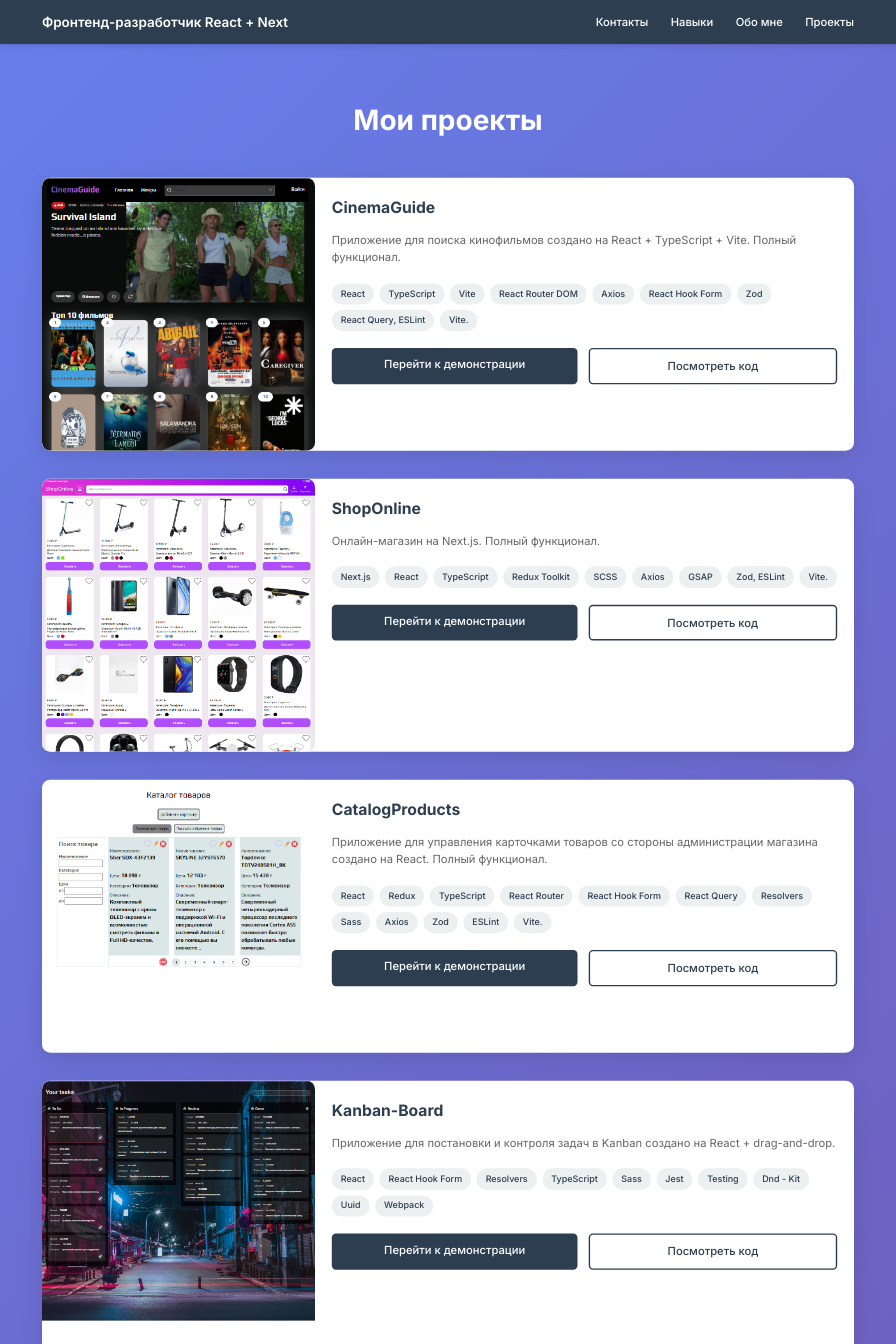
Repository: RostislavZeberg/resume-app
Page: /
These files come from the project's save history. The page is drawn as it stood at one moment and after the next save; the edit follows.
The browser window is 1280 px wide. The pictures show the part of the page from y = 0 to 1920 px (the page is 6826 px tall), at 70% of full size.
The project was rebuilt for these pictures with package versions that can differ from the ones it lists, and the page was loaded fresh each time. The framework's server and built-in components were replaced by stand-ins that run in the browser. Also part of the build but not shown: next.config.ts.

Above is the page before, as saved 2025-09-21 15:36:51.

### pages/_app.tsx
import type { AppProps } from 'next/app';
import '../styles/globals.scss';
import Head from 'next/head';

function MyApp({ Component, pageProps }: AppProps) {
  return (
    <>
      <Head>
        <meta name="viewport" content="width=device-width, initial-scale=1" />
        <meta name="theme-color" content="#2c3e50" />
        <meta name="description" content="Резюме фронтенд-разработчика React с 5+ годами опыта. Специализация: React, TypeScript, Next.js, Redux Toolkit." />
        <meta name="keywords" content="React, TypeScript, Next.js, фронтенд-разработчик, резюме" />
        <meta property="og:title" content="Фронтенд-разработчик React" />
        <meta property="og:description" content="Резюме фронтенд-разработчика React с 5+ годами опыта" />
        <meta property="og:type" content="website" />
        <link rel="icon" href="/favicon.ico" />
      </Head>
      <Component {...pageProps} />
    </>
  );
}

export default MyApp;

### pages/_document.tsx
import { Html, Head, Main, NextScript } from 'next/document';

export default function Document() {
  return (
    <Html lang="ru">
      <Head>
        <link rel="preconnect" href="https://fonts.googleapis.com" />
        <link rel="preconnect" href="https://fonts.gstatic.com" crossOrigin="anonymous" />
        <link href="https://fonts.googleapis.com/css2?family=Inter:wght@300;400;500;600;700&display=swap" rel="stylesheet" />

        {/* Фавикон */}
        <link rel="icon" href="/favicon.ico" sizes="any" />
        <link rel="icon" href="/favicon.svg" type="image/svg+xml" />
        <link rel="apple-touch-icon" href="/apple-touch-icon.png" />
        <link rel="manifest" href="/manifest.webmanifest" />

        {/* Мета-теги */}
        <meta name="theme-color" content="#2c3e50" />
        <meta name="description" content="Резюме фронтенд-разработчика React с 5+ годами опыта. Специализация: React, TypeScript, Next.js, Redux Toolkit." />
        <meta name="keywords" content="React, TypeScript, Next.js, фронтенд-разработчик, резюме" />
      </Head>
      <body>
        <Main />
        <NextScript />
      </body>
    </Html>
  );
}

### pages/index.tsx
import Head from 'next/head';
import { NextPage } from 'next';
import Contacts from '../components/Sections/Contacts';
import Skills from '../components/Sections/Skills';
import About from '../components/Sections/About';
import Projects from '../components/Sections/Projects';
import Header from '../components/Layout/Header';

const Home: NextPage = () => {
  return (
    <>
      <Head>
        <title>Фронтенд-разработчик React | Резюме</title>
        <meta name="description" content="Резюме фронтенд-разработчика React с 5+ годами опыта. Специализация: React, TypeScript, Next.js, Redux Toolkit." />
        <meta name="keywords" content="React, TypeScript, Next.js, фронтенд-разработчик, резюме" />
        <meta property="og:title" content="Фронтенд-разработчик React" />
        <meta property="og:description" content="Резюме фронтенд-разработчика React с 5+ годами опыта" />
        <meta property="og:type" content="website" />
        <link rel="icon" href="/favicon.ico" />
      </Head>

      <Header />
      <main>
        <Projects />
        <Skills />
        <About />
        <Contacts />
      </main>
    </>
  );
};

export default Home;

### styles/globals.scss
// Переменные и миксины
@import './variables.scss';
@import './mixins';

// Глобальные стили
* {
  box-sizing: border-box;
  margin: 0;
  padding: 0;
}

html {
  scroll-behavior: smooth;
  scroll-padding-top: 60px;
}

body {
  font-family: 'Inter', 'Arial', sans-serif;
  line-height: 1.6;
  color: $text-color;
  background-color: $background-color;
  padding-top: 60px;
}

.container {
  max-width: 1200px;
  margin: 0 auto;
  padding: 0 20px;
}

section {
  padding: 80px 0;

  h2 {
    text-align: center;
    margin-bottom: 50px;
    font-size: 2.5rem;
    color: $primary-color;
  }
}

// Анимации
@keyframes fadeIn {
  from {
    opacity: 0;
    transform: translateY(20px);
  }
  to {
    opacity: 1;
    transform: translateY(0);
  }
}

.fade-in {
  animation: fadeIn 0.6s ease forwards;
}

// Адаптивность
@include desktop {
  .container {
    max-width: 1200px;
  }
}

@include tablet {
  .container {
    max-width: 100%;
    padding: 0 15px;
  }

  section {
    padding: 60px 0;

    h2 {
      font-size: 2rem;
      margin-bottom: 40px;
    }
  }
}

@include mobile {
  .container {
    padding: 0 10px;
  }

  section {
    padding: 40px 0;

    h2 {
      font-size: 1.8rem;
      margin-bottom: 30px;
    }
  }
}

### components/Sections/Contacts.tsx
import React from 'react';
import Icon from '../UI/Icon';
import styles from '../../styles/sections/contacts.module.scss';
import { contacts } from '@/info/contacts';

const Contacts: React.FC = () => {

  return (
    <section id="contacts" className={styles.contacts}>
      <div className="container">
        <h2>Контакты</h2>
        <div className={styles.contactsGrid}>
          {contacts.map((contact, index) => (
            <a
              key={index}
              href={contact.href}
              className={styles.contactItem}
              target="_blank"
              rel="noopener noreferrer"
            >
              <Icon name={contact.icon} className={styles.contactIcon} />
              <span>{contact.text}</span>
            </a>
          ))}
        </div>
      </div>
    </section>
  );
};

export default Contacts;

### components/Sections/Skills.tsx
import React from 'react';
import styles from '../../styles/sections/skills.module.scss';

const Skills: React.FC = () => {
  const skillCategories = [
    {
      title: 'Основные технологии',
      skills: ['React', 'Redux', 'Redux Toolkit', 'TypeScript', 'Next.js', 'Sass/SCSS']
    },
    {
      title: 'Сборка и инструменты',
      skills: ['Vite', 'Webpack', 'Parcel', 'Gulp', 'Git', 'GitHub']
    },
    {
      title: 'Тестирование',
      skills: ['Unit-тестирование', 'Jest', 'React Testing Library']
    },
    {
      title: 'Дополнительные навыки',
      skills: ['HTTP/REST', 'ООП', 'DRY/KISS', 'WordPress', 'Vue.js', 'SQL', 'Python', 'Docker', 'Linux']
    },
    {
      title: 'Языки',
      skills: ['Английский (B1)']
    }
  ];

  return (
    <section id="skills" className={styles.skills}>
      <div className="container">
        <h2>Мои навыки</h2>
        <div className={styles.skillsGrid}>
          {skillCategories.map((category, index) => (
            <div key={index} className={styles.skillCategory}>
              <h3>{category.title}</h3>
              <ul>
                {category.skills.map((skill, i) => (
                  <li key={i}>{skill}</li>
                ))}
              </ul>
            </div>
          ))}
        </div>
      </div>
    </section>
  );
};

export default Skills;

### components/Sections/Projects.tsx
import React from 'react';
import ProjectCard from '../UI/ProjectCard';
import styles from '../../styles/sections/projects.module.scss';
import { projects } from '@/info/projects';

const Projects: React.FC = () => {
  return (
    <section id="projects" className={styles.projects}>
      <div className="container">
        <h2>Мои проекты</h2>
        <div className={styles.projectsGrid}>
          {projects.map((project, index) => (
            <ProjectCard key={index} project={project} />
          ))}
        </div>
        <div className={styles.viewAll}>
          <a
            href="https://github.com/RostislavZeberg?tab=repositories"
            className={styles.viewAllButton}
            target="_blank"
            rel="noopener noreferrer"
          >
            Посмотреть все проекты
          </a>
        </div>
      </div>
    </section>
  );
};

export default Projects;

### components/Layout/Header.tsx
import React, { useState } from 'react';
import Link from 'next/link';
import styles from '../../styles/layout/header.module.scss';

const Header: React.FC = () => {
  const [isMenuOpen, setIsMenuOpen] = useState(false);

  const toggleMenu = () => {
    setIsMenuOpen(!isMenuOpen);
  };

  return (
    <header className={styles.header}>
      <div className="container">
        <nav className={styles.nav}>
          <div className={styles.logo}>
            <Link href="/">Фронтенд-разработчик React + Next</Link>
          </div>

          <button
            className={`${styles.menuToggle} ${isMenuOpen ? styles.active : ''}`}
            onClick={toggleMenu}
            aria-label="Меню"
          >
            <span></span>
            <span></span>
            <span></span>
          </button>

          <ul className={`${styles.navList} ${isMenuOpen ? styles.active : ''}`}>
            <li><a href="#contacts" onClick={() => setIsMenuOpen(false)}>Контакты</a></li>
            <li><a href="#skills" onClick={() => setIsMenuOpen(false)}>Навыки</a></li>
            <li><a href="#about" onClick={() => setIsMenuOpen(false)}>Обо мне</a></li>
            <li><a href="#projects" onClick={() => setIsMenuOpen(false)}>Проекты</a></li>
          </ul>
        </nav>
      </div>
    </header>
  );
};

export default Header;

### styles/variables.scss
// Цвета
$primary-color: #2c3e50;
$secondary-color: #3498db;
$accent-color: #e74c3c;
$background-color: #f9f9f9;
$text-color: #333;
$light-gray: #ecf0f1;

// Breakpoints
$desktop: 1280px;
$tablet: 1024px;
$small-tablet: 768px;
$mobile: 320px;

### styles/mixins.scss
@mixin desktop {
  @media (min-width: #{$desktop}) {
    @content;
  }
}

@mixin tablet {
  @media (min-width: #{$small-tablet}) and (max-width: #{$tablet}) {
    @content;
  }
}

@mixin small-tablet {
  @media (min-width: #{$mobile}) and (max-width: #{$small-tablet - 1px}) {
    @content;
  }
}

@mixin mobile {
  @media (max-width: #{$mobile}) {
    @content;
  }
}

@mixin flex-center {
  display: flex;
  justify-content: center;
  align-items: center;
}

@mixin card-shadow {
  box-shadow: 0 4px 6px rgba(0, 0, 0, 0.1);
  transition: box-shadow 0.3s ease;

  &:hover {
    box-shadow: 0 10px 20px rgba(0, 0, 0, 0.15);
  }
}

### components/UI/Icon.tsx
import React from 'react';
import Image from 'next/image';

interface IconProps {
  name: string;
  className?: string;
  width?: number;
  height?: number;
}

const Icon: React.FC<IconProps> = ({ name, className = '', width = 24, height = 24 }) => {
  return (
    <Image
      src={`/icons/${name}.svg`}
      alt={`${name} icon`}
      width={width}
      height={height}
      className={className}
    />
  );
};

export default Icon;

### styles/sections/contacts.module.scss
@import '../variables';
@import '../mixins';

.contacts {
  background: linear-gradient(135deg, #f5f7fa 0%, #c3cfe2 100%);
  padding: 100px 0;
}

.contactsGrid {
  display: grid;
  grid-template-columns: repeat(auto-fit, minmax(250px, 1fr));
  gap: 2rem;
  margin-top: 3rem;
}

.contactItem {
  display: flex;
  flex-direction: column;
  align-items: center;
  justify-content: center;
  background: white;
  padding: 2rem;
  border-radius: 12px;
  box-shadow: 0 10px 30px rgba(0, 0, 0, 0.1);
  transition: all 0.3s ease;
  text-decoration: none;
  color: $text-color;

  &:hover {
    transform: translateY(-5px);
    box-shadow: 0 15px 40px rgba(0, 0, 0, 0.15);

    .contactIcon {
      transform: scale(1.1);
    }
  }
}

.contactIcon {
  width: 60px;
  height: 60px;
  margin-bottom: 1rem;
  transition: transform 0.3s ease;
}

// Адаптивность
@include tablet {
  .contactsGrid {
    grid-template-columns: repeat(2, 1fr);
    gap: 1.5rem;
  }
}

@include small-tablet {
  .contactsGrid {
    grid-template-columns: 1fr;
    gap: 1rem;
  }

  .contactItem {
    padding: 1.5rem;
  }
}

@include mobile {
  .contacts {
    padding: 80px 0;
  }

  .contactIcon {
    width: 50px;
    height: 50px;
  }
}

### info/contacts.ts
export const contacts = [
  { icon: 'email', text: 'zeberg@bk.ru', href: 'mailto:zeberg@bk.ru' },
  { icon: 'phone', text: '+7(960)-552-4171', href: 'tel:+79605524171' },
  { icon: 'telegram', text: '@zeberg_jaguar', href: 'https://t.me/zeberg_jaguar' },
  { icon: 'github', text: 'GitHub', href: 'https://github.com/RostislavZeberg?tab=repositories' }
];

### styles/sections/skills.module.scss
@import '../variables';
@import '../mixins';

.skills {
  background-color: white;
}

.skillsGrid {
  display: grid;
  grid-template-columns: repeat(auto-fit, minmax(300px, 1fr));
  gap: 2rem;
}

.skillCategory {
  background: $light-gray;
  padding: 2rem;
  border-radius: 12px;
  box-shadow: 0 5px 15px rgba(0, 0, 0, 0.05);

  h3 {
    color: $primary-color;
    margin-bottom: 1.5rem;
    font-size: 1.3rem;
    position: relative;
    padding-bottom: 0.5rem;

    &::after {
      content: '';
      position: absolute;
      bottom: 0;
      left: 0;
      width: 40px;
      height: 3px;
      background: $secondary-color;
    }
  }

  ul {
    list-style: none;
  }

  li {
    margin-bottom: 0.8rem;
    padding-left: 1.5rem;
    position: relative;

    &::before {
      content: '▹';
      position: absolute;
      left: 0;
      color: $secondary-color;
    }
  }
}

// Адаптивность
@include tablet {
  .skillsGrid {
    grid-template-columns: repeat(2, 1fr);
    gap: 1.5rem;
  }
}

@include small-tablet {
  .skillsGrid {
    grid-template-columns: 1fr;
    gap: 1rem;
  }

  .skillCategory {
    padding: 1.5rem;
  }
}

@include mobile {
  .skillCategory {
    padding: 1.2rem;

    h3 {
      font-size: 1.2rem;
    }
  }
}

### styles/sections/about.module.scss
@import '../variables';
@import '../mixins';

.about {
  background-color: $light-gray;
}

.aboutContent {
  max-width: 800px;
  margin: 0 auto;

  p {
    margin-bottom: 1.5rem;
    line-height: 1.8;
    text-align: justify;
  }
}

// Адаптивность
@include tablet {
  .aboutContent {
    padding: 0 1rem;
  }
}

@include mobile {
  .aboutContent p {
    text-align: left;
  }
}

### components/UI/ProjectCard.tsx
import React from 'react';
import Image from 'next/image';
import styles from '../../styles/ui/project-card.module.scss';

interface Project {
  name: string;
  description: string;
  demoLink: string;
  codeLink: string;
  technologies: string[];
}

interface ProjectCardProps {
  project: Project;
}

const ProjectCard: React.FC<ProjectCardProps> = ({ project }) => {
  return (
    <div className={styles.projectCard}>
      <div className={styles.projectImage}>
        {/* <a href={project.demoLink} target="_blank" rel="noopener noreferrer">
        </a> */}
        <Image
          src={`/${project.name.toLowerCase()}.jpg`}
          alt={project.name}
          // className={styles.projectImage}
          width={400}
          height={250}
          style={{
            width: '100%',
            height: 'auto',
          }}
          placeholder="blur"
          blurDataURL="data:[embedded picture, 471 characters]"
        />
      </div>
      <div className={styles.projectContent}>
        <h3>{project.name}</h3>
        <p>{project.description}</p>
        <div className={styles.technologies}>
          {project.technologies.map((tech, index) => (
            <span key={index} className={styles.techTag}>{tech}</span>
          ))}
        </div>
        <div className={styles.projectActions}>
          <a
            href={project.demoLink}
            className={styles.demoButton}
            target="_blank"
            rel="noopener noreferrer"
          >
            Перейти к демонстрации
          </a>
          <a
            href={project.codeLink}
            className={styles.codeButton}
            target="_blank"
            rel="noopener noreferrer"
          >
            Посмотреть код
          </a>
        </div>
      </div>
    </div>
  );
};

export default ProjectCard;

### styles/sections/projects.module.scss
@import '../variables';
@import '../mixins';

.projects {
  background: linear-gradient(135deg, #667eea 0%, #764ba2 100%);
  color: white;

  h2 {
    color: white;
  }
}

.projectsGrid {
  display: flex;
  flex-direction: column;
  // display: grid;
  // grid-template-columns: repeat(auto-fit, minmax(350px, 1fr));
  gap: 2.5rem;
  // margin-bottom: 3rem;
}

.viewAll {
  text-align: center;
  margin-top: 3rem;
}

.viewAllButton {
  display: inline-block;
  padding: 1rem 2rem;
  background: white;
  color: $primary-color;
  text-decoration: none;
  border-radius: 30px;
  font-weight: 600;
  transition: all 0.3s ease;
  box-shadow: 0 5px 15px rgba(0, 0, 0, 0.1);

  &:hover {
    transform: translateY(-3px);
    box-shadow: 0 10px 25px rgba(0, 0, 0, 0.2);
    background: $accent-color;
    color: white;
  }
}

// Адаптивность
@include tablet {
  .projectsGrid {
    grid-template-columns: repeat(2, 1fr);
    gap: 2rem;
  }
}

@include small-tablet {
  .projectsGrid {
    grid-template-columns: 1fr;
    gap: 1.5rem;
  }
}

@include mobile {
  .projectsGrid {
    grid-template-columns: 1fr;
    gap: 1.5rem;
  }

  .viewAllButton {
    padding: 0.8rem 1.5rem;
    font-size: 0.9rem;
  }
}

### info/projects.ts
export const projects = [
  {
    name: 'CinemaGuide',
    description: 'Приложение для поиска кинофильмов создано на React + TypeScript + Vite. Полный функционал.',
    demoLink: 'https://rostislavzeberg.github.io/CinemaGuide',
    codeLink: 'https://github.com/RostislavZeberg/CinemaGuide/tree/dev',
    technologies: ['React', 'TypeScript', 'Vite', 'React Router DOM', 'Axios', 'React Hook Form', 'Zod', 'React Query, ESLint', 'Vite.']
  },
  {
    name: 'ShopOnline',
    description: 'Онлайн-магазин на Next.js. Полный функционал.',
    demoLink: 'https://shop-online-omega.vercel.app/',
    codeLink: 'https://github.com/RostislavZeberg/ShopOnline',
    technologies: ['Next.js', 'React', 'TypeScript', 'Redux Toolkit', 'SCSS', 'Axios', 'GSAP', 'Zod, ESLint', 'Vite.']
  },
  {
    name: 'CatalogProducts',
    description: 'Приложение для управления карточками товаров со стороны администрации магазина создано на React. Полный функционал.',
    demoLink: 'https://rostislavzeberg.github.io/CatalogProducts',
    codeLink: 'https://github.com/RostislavZeberg/CatalogProducts',
    technologies: ['React', 'Redux', 'TypeScript', 'React Router', 'React Hook Form', 'React Query', 'Resolvers', 'Sass', 'Axios', 'Zod',
      'ESLint', 'Vite.']
  },
  {
    name: 'Kanban-Board',
    description: 'Приложение для постановки и контроля задач в Kanban создано на React + drag-and-drop.',
    demoLink: 'https://shop-online-omega.vercel.app/',
    codeLink: 'https://github.com/RostislavZeberg/ShopOnline',
    technologies: ['React', 'React Hook Form', 'Resolvers', 'TypeScript', 'Sass', 'Jest', 'Testing', 'Dnd - Kit', 'Uuid', 'Webpack']
  },
  {
    name: 'Technosaurus',
    description: 'Приложение интернет магазин создано на Vue.',
    demoLink: 'https://rostislavzeberg.github.io/Technosaurus/#/',
    codeLink: 'https://github.com/RostislavZeberg/Technosaurus',
    technologies: ['Vue', 'Vuex', 'Router', 'Core-js', 'JavaScript', 'REST API', 'Webpack (через Vue CLI)', 'Babel', 'ESLint']
  },
  {
    name: 'ShopMoire',
    description: 'Приложение интернет магазин создано на Vue.',
    demoLink: 'https://rostislavzeberg.github.io/ShopMoire/#/',
    codeLink: 'https://github.com/RostislavZeberg/ShopMoire',
    technologies: ['Vue', 'Vuex', 'Router', 'Core-js', 'JavaScript', 'REST API', 'Webpack (через Vue CLI)', 'Babel', 'ESLint']
  },
  {
    name: 'SitDownPls',
    description: 'Интернет магазин мебели. Сайт реализован, как отзывчивый, кроссбраузерный, адаптивный.',
    demoLink: 'https://rostislavzeberg.github.io/store-SitDownPls/',
    codeLink: 'https://github.com/RostislavZeberg/store-SitDownPls',
    technologies: ['HTML', 'SCSS', 'JavaScript', 'inputmask', 'just-validate', 'Swiper', 'Gulp']
  },
  {
    name: 'RecreationCenter',
    description: 'Сайт загородной базы отдыха. Сайт реализован, как отзывчивый, кроссбраузерный, адаптивный.',
    demoLink: 'https://rostislavzeberg.github.io/RecreationCenter/',
    codeLink: 'https://github.com/RostislavZeberg/RecreationCenter',
    technologies: ['HTML', 'SCSS', 'JavaScript', 'GreenSock', 'inputmask', 'just-validate', 'Swiper', 'Gulp']
  },
  {
    name: 'High pass',
    description: 'Сайт фотостудии. Сайт реализован, как отзывчивый, кроссбраузерный, адаптивный.',
    demoLink: 'https://rostislavzeberg.github.io/PhotoStudio/#',
    codeLink: 'https://github.com/RostislavZeberg/PhotoStudio',
    technologies: ['HTML', 'SCSS', 'JavaScript', 'GreenSock', 'inputmask', 'just-validate', 'Swiper', 'Gulp']
  },
];

### styles/layout/header.module.scss
@import '../variables';
@import '../mixins';

.header {
  background-color: $primary-color;
  color: white;
  position: fixed;
  top: 0;
  left: 0;
  right: 0;
  z-index: 1000;
  box-shadow: 0 2px 10px rgba(0, 0, 0, 0.1);
}

.nav {
  display: flex;
  justify-content: space-between;
  align-items: center;
  padding: 1rem 0;
}

.logo {
  a {
    color: white;
    text-decoration: none;
    font-weight: 600;
    font-size: 1.2rem;

    &:hover {
      color: $accent-color;
    }
  }
}

.navList {
  display: flex;
  list-style: none;
  gap: 2rem;

  a {
    color: white;
    text-decoration: none;
    font-weight: 500;
    transition: color 0.3s ease;

    &:hover {
      color: $accent-color;
    }
  }
}

.menuToggle {
  display: none;
  flex-direction: column;
  justify-content: space-around;
  width: 2rem;
  height: 2rem;
  background: transparent;
  border: none;
  cursor: pointer;
  padding: 0;

  span {
    width: 2rem;
    height: 0.25rem;
    background: white;
    border-radius: 10px;
    transition: all 0.3s linear;
    position: relative;
    transform-origin: 1px;
  }
}

// Адаптивность
@include tablet {
  .navList {
    gap: 1.5rem;
  }
}

@include small-tablet {
  .menuToggle {
    display: flex;
    z-index: 1001;
  }

  .navList {
    position: fixed;
    top: 0;
    right: 0;
    height: 100vh;
    width: 70%;
    background: $primary-color;
    flex-direction: column;
    justify-content: center;
    align-items: center;
    transform: translateX(100%);
    transition: transform 0.3s ease-in-out;

    &.active {
      transform: translateX(0);
    }
  }

  .menuToggle.active {
    span:nth-child(1) {
      transform: rotate(45deg);
    }

    span:nth-child(2) {
      opacity: 0;
    }

    span:nth-child(3) {
      transform: rotate(-45deg);
    }
  }
}

@include mobile {
  .logo a {
    font-size: 1rem;
  }
}

Loaded but not shown: styles/ui/project-card.module.scss (147 lines, source omitted); components/Sections/About.tsx (42 lines, source omitted)

After the next save:
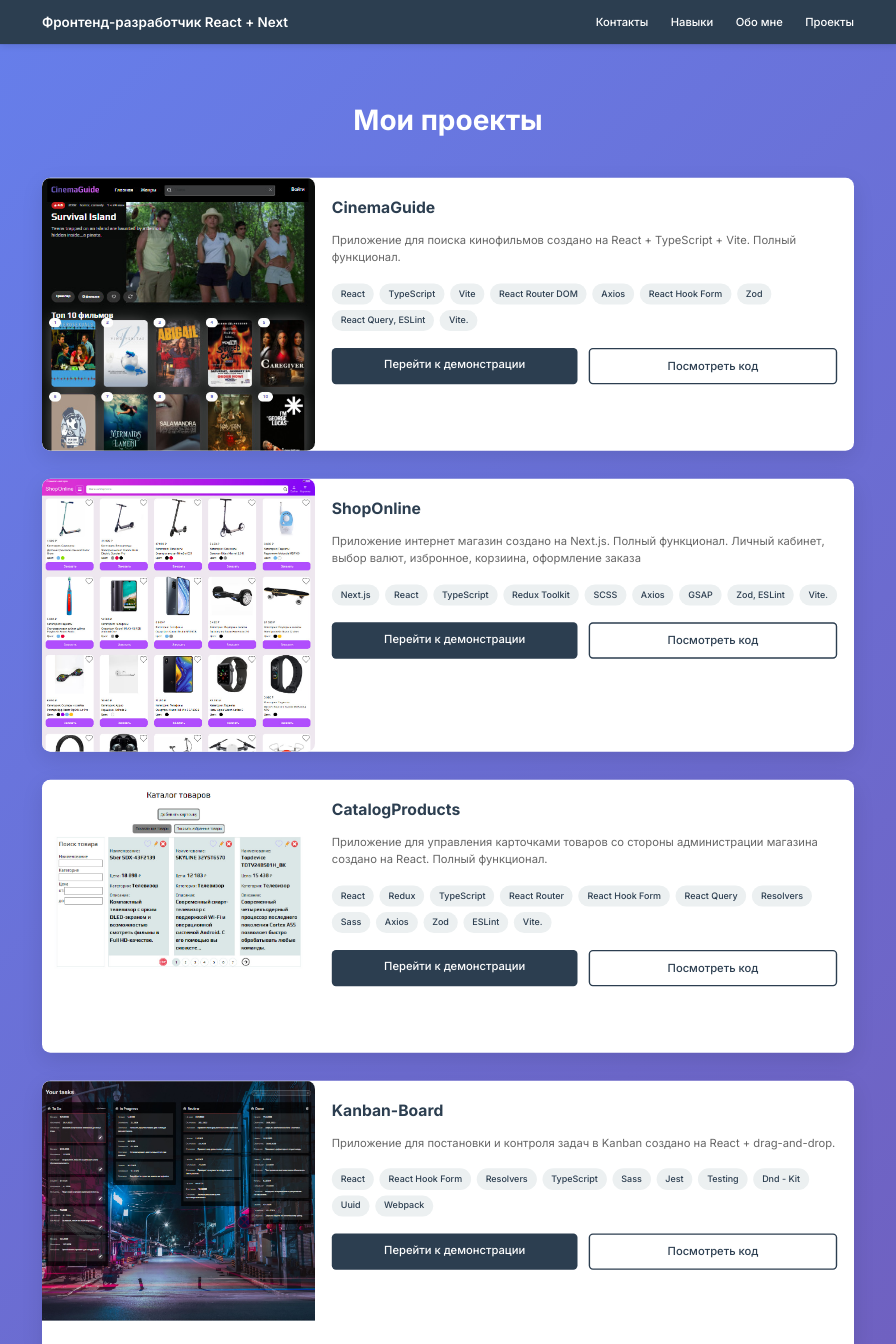
Saved 10 min 48 s later.
--- a/info/projects.ts
+++ b/info/projects.ts
@@ -8,7 +8,7 @@ export const projects = [
   },
   {
     name: 'ShopOnline',
-    description: 'Онлайн-магазин на Next.js. Полный функционал.',
+    description: 'Приложение интернет магазин создано на Next.js. Полный функционал. Личный кабинет, выбор валют, избронное, корзиина, оформление заказа',
     demoLink: 'https://shop-online-omega.vercel.app/',
     codeLink: 'https://github.com/RostislavZeberg/ShopOnline',
     technologies: ['Next.js', 'React', 'TypeScript', 'Redux Toolkit', 'SCSS', 'Axios', 'GSAP', 'Zod, ESLint', 'Vite.']
